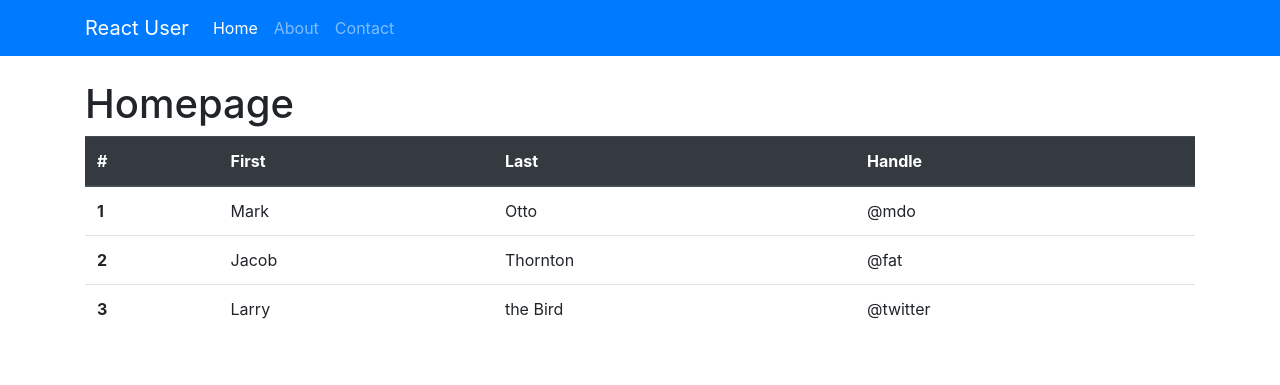
Repository: hardik2626/reactcrud2020
Page: /
An editor plug-in stored every save of this project. The page is shown before and after the next save, followed by the edit.
The browser window is 1280 px wide. The pictures show the whole page.
The project was rebuilt for these pictures with package versions that can differ from the ones it lists, and the page was loaded fresh each time. Also part of the build but not shown: src/index.css, src/App.css, src/component/pages/About.js, src/component/pages/Contact.js, src/component/pages/Notfound.js.

Above is the page before, as saved 2020-10-28 18:50:16.

### src/App.js

import './App.css';
import '../node_modules/bootstrap/dist/css/bootstrap.css'
import Home from './component/pages/Home';
import About from './component/pages/About';
import Contact from './component/pages/Contact';
import Navbar from './component/layout/Navbar';
import {BrowserRouter as Router, Route, Switch} from 'react-router-dom'
import Notfound from './component/pages/Notfound';

function App() {
  return (
    <Router>
      <div className="App">
        <Navbar />
        <Switch>
          <Route exact path="/" component={Home} />
          <Route exact path="/about" component={About} />
          <Route exact path="/contact" component={Contact} />
          <Route  component={Notfound} />
        </Switch>
    </div>
    </Router>
  );
}

export default App;

### src/component/pages/Home.js
import axios from 'axios'
import React, { useEffect, useState } from 'react'

const Home = () => {
    const [users, setUsers] = useState([])

    useEffect(() => {

    }, [])

    const loadUsers = async () => {
        const result = await axios.get("http://localhost:3003/users")
        setUsers(result.data)
    }

    return (
        <>
            <div className="container">
                <div className="py-4">
                    <h1>Homepage</h1>
                    <table class="table">
  <thead class="thead-dark">
    <tr>
      <th scope="col">#</th>
      <th scope="col">First</th>
      <th scope="col">Last</th>
      <th scope="col">Handle</th>
    </tr>
  </thead>
  <tbody>
    <tr>
      <th scope="row">1</th>
      <td>Mark</td>
      <td>Otto</td>
      <td>@mdo</td>
    </tr>
    <tr>
      <th scope="row">2</th>
      <td>Jacob</td>
      <td>Thornton</td>
      <td>@fat</td>
    </tr>
    <tr>
      <th scope="row">3</th>
      <td>Larry</td>
      <td>the Bird</td>
      <td>@twitter</td>
    </tr>
  </tbody>
</table>
                    <axios />
                </div>
            </div>
        </>
    )
}

export default Home

### src/component/layout/Navbar.js
import React from 'react'
import { NavLink } from 'react-router-dom'

const Navbar = () => {
    return (
        <>
            <nav className="navbar navbar-expand-lg navbar-dark  bg-primary">
                <div className="container">
                <NavLink className="navbar-brand" to="/">React User</NavLink>
                    <button className="navbar-toggler" type="button" data-toggle="collapse" data-target="#navbarSupportedContent" aria-controls="navbarSupportedContent" aria-expanded="false" aria-label="Toggle navigation">
                        <span className="navbar-toggler-icon"></span>
                    </button>

                    <div className="collapse navbar-collapse">
                        <ul className="navbar-nav mr-auto">
                        <li className="nav-item">
                            <NavLink className="nav-link" exact to="/">Home</NavLink>
                        </li>
                        <li className="nav-item">
                            <NavLink className="nav-link" exact to="/about">About</NavLink>
                        </li>
                        <li className="nav-item">
                            <NavLink className="nav-link" exact to="/contact">Contact</NavLink>
                        </li>



                        </ul>
                    </div>
                </div>
            </nav>
        </>
    )
}

export default Navbar

Loaded but not shown: public/index.html (common file); src/index.js (common file)

After the next save:
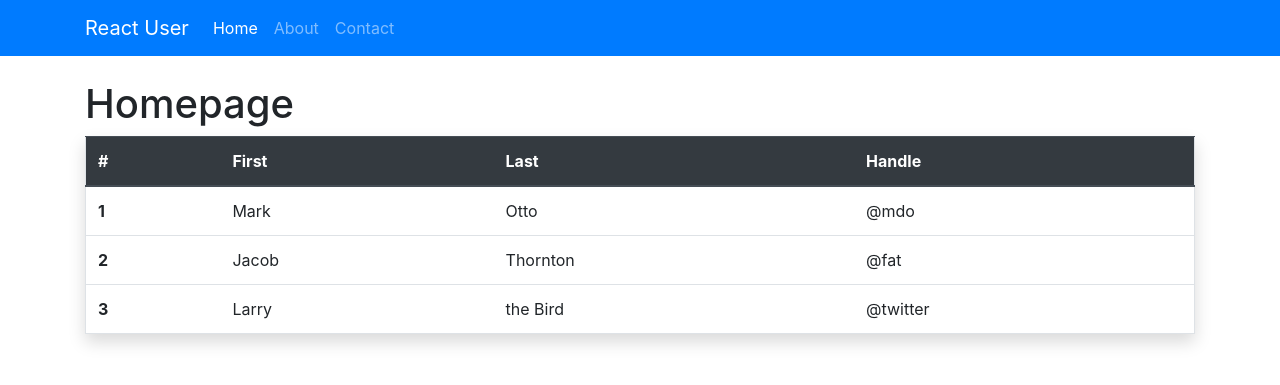
Saved 30 s later.
--- a/src/component/pages/Home.js
+++ b/src/component/pages/Home.js
@@ -18,7 +18,7 @@ const Home = () => {
             <div className="container">
                 <div className="py-4">
                     <h1>Homepage</h1>
-                    <table class="table">
+                    <table class="table border shadow">
   <thead class="thead-dark">
     <tr>
       <th scope="col">#</th>
